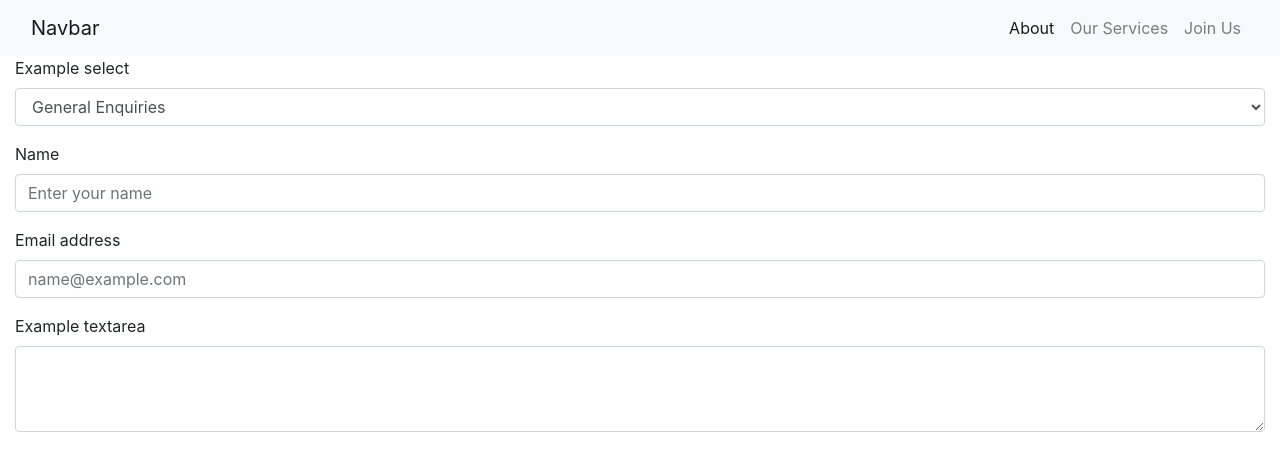
Repository: Code-Institute-Submissions/Jasonngyt-Project1
Page: enquiry.html
The author's editor kept a record of every edit. The page is drawn from the files as they stood at one moment, then again after the next edit.
The browser window is 1280 px wide. The pictures show the whole page.
Some web libraries are served in a nearby version.

Above is the page before.

After the next edit:
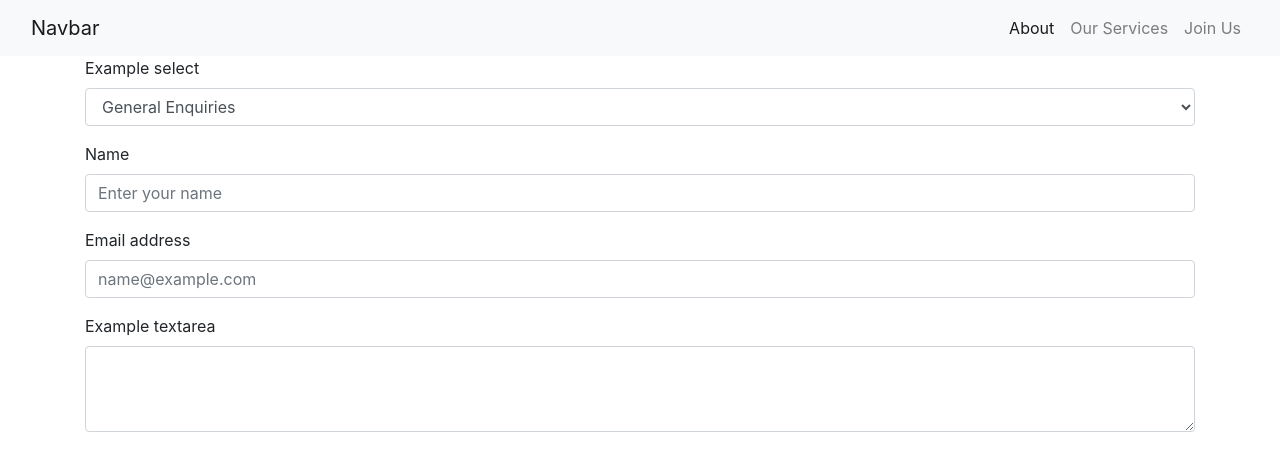
The edit:
--- a/enquiry.html
+++ b/enquiry.html
@@ -39,7 +39,7 @@
     </nav>
 
     <!-- Form -->
-    <div class="container col-sm-12">
+    <div class="container">
         <form>
             <div class="form-group">
                 <label for="exampleFormControlSelect1">Example select</label>
